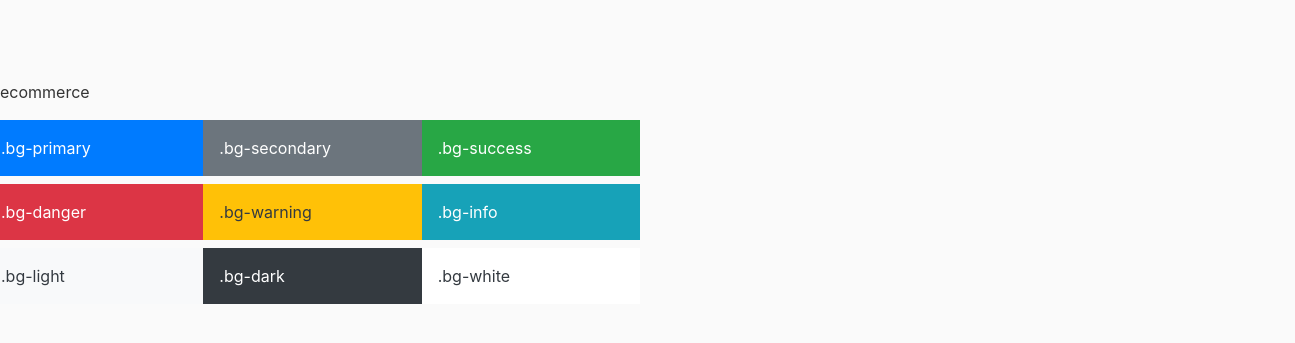
Repository: khanhdk0000/first_proj
Page: http://localhost/about?my_var=ecommerce
The author's editor kept a copy of each file at every save. The page is drawn from the files as they stood at one save, then again after the next save.
The browser window is 1280 px wide. The page is 1295 px wide, then 1280 px, so the pictures cover 1295 px, including what lies to the right of the window. The pictures show the whole page.
Some web libraries are served in a nearby version. The page is served by the project's application, run on Flask 3 (flaskblog.py).

Above is the page before, as saved 2021-05-25 11:42:49.

### templates/about.html
{% extends "layout.html" %} {% block content %}
<div class="center">
<p>{{ var}}</p>
<div class="row">
    <div class="col-2 p-3 mb-2 bg-primary text-white">.bg-primary</div>
    <div class="col-2 p-3 mb-2 bg-secondary text-white">.bg-secondary</div>
    <div class="col-2 p-3 mb-2 bg-success text-white">.bg-success</div>
</div>

<div class="row">
    <div class="col-2 p-3 mb-2 bg-danger text-white">.bg-danger</div>
    <div class="col-2 p-3 mb-2 bg-warning text-dark">.bg-warning</div>
    <div class="col-2 p-3 mb-2 bg-info text-white">.bg-info</div>
</div>

<div class="row">
    <div class="col-2 p-3 mb-2 bg-light text-dark">.bg-light</div>
    <div class="col-2 p-3 mb-2 bg-dark text-white">.bg-dark</div>
    <div class="col-2 p-3 mb-2 bg-white text-dark">.bg-white</div>
</div>

</div>

{% endblock content %}

### templates/layout.html
<!DOCTYPE html>
<html>
  <head>
    <!-- Required meta tags -->
    <meta charset="utf-8" />
    <meta
      name="viewport"
      content="width=device-width, initial-scale=1, shrink-to-fit=no"
    />

    <!-- Bootstrap CSS -->
    <link
      rel="stylesheet"
      href="https://maxcdn.bootstrapcdn.com/bootstrap/4.0.0/css/bootstrap.min.css"
      integrity="sha384-Gn5384xqQ1aoWXA+058RXPxPg6fy4IWvTNh0E263XmFcJlSAwiGgFAW/dAiS6JXm"
      crossorigin="anonymous"
    />

    <link
      rel="stylesheet"
      type="text/css"
      href="{{ url_for('static', filename='main.css') }}"
    />

    {% if title %}
    <title>Flask Blog - {{ title }}</title>
    {% else %}
    <title>Flask Blog</title>
    {% endif %}
  </head>
  <body>
    {% block content %}{% endblock %}

    <!-- Optional JavaScript -->
    <!-- jQuery first, then Popper.js, then Bootstrap JS -->
    <script
      src="https://code.jquery.com/jquery-3.2.1.slim.min.js"
      integrity="sha384-KJ3o2DKtIkvYIK3UENzmM7KCkRr/rE9/Qpg6aAZGJwFDMVNA/GpGFF93hXpG5KkN"
      crossorigin="anonymous"
    ></script>
    <script
      src="https://cdnjs.cloudflare.com/ajax/libs/popper.js/1.12.9/umd/popper.min.js"
      integrity="sha384-ApNbgh9B+Y1QKtv3Rn7W3mgPxhU9K/ScQsAP7hUibX39j7fakFPskvXusvfa0b4Q"
      crossorigin="anonymous"
    ></script>
    <script
      src="https://maxcdn.bootstrapcdn.com/bootstrap/4.0.0/js/bootstrap.min.js"
      integrity="sha384-JZR6Spejh4U02d8jOt6vLEHfe/JQGiRRSQQxSfFWpi1MquVdAyjUar5+76PVCmYl"
      crossorigin="anonymous"
    ></script>
    <!-- MDB -->
    <script
      type="text/javascript"
      src="https://cdnjs.cloudflare.com/ajax/libs/mdb-ui-kit/3.5.0/mdb.min.js"
    ></script>
  </body>
</html>

### flaskblog.py
from flask import Flask, render_template, url_for, request
app = Flask(__name__)


posts = [
    {
        'author': 'Corey Schafer',
        'title': 'Blog Post 1',
        'content': 'First post content',
        'date_posted': 'April 20, 2018'
    },
    {
        'author': 'Jane Doe',
        'title': 'Blog Post 2',
        'content': 'Second post content',
        'date_posted': 'April 21, 2018'
    }
]

@app.route('/')
@app.route('/home')
def hello_world():
    return render_template('home.html', posts=posts, title='Hey')

@app.route('/about')
def about():
    my_var = request.args.get('my_var', None)
    return render_template('about.html', posts=posts, var=my_var)

if __name__ == '__main__':
    app.run(debug=True)

### static/main.css
body {
    background: #fafafa;
    color: #333333;
    margin-top: 5rem;
    height: 100%;
  }

  h1, h2, h3, h4, h5, h6 {
    color: #444444;
  }

  .bg-steel {
    background-color: #5f788a;
  }

  .site-header .navbar-nav .nav-link {
    color: #cbd5db;
  }

  .site-header .navbar-nav .nav-link:hover {
    color: #ffffff;
  }

  .site-header .navbar-nav .nav-link.active {
    font-weight: 500;
  }

  .content-section {
    background: #ffffff;
    padding: 10px 20px;
    border: 1px solid #dddddd;
    border-radius: 3px;
    margin-bottom: 20px;
  }

  .article-title {
    color: #444444;
  }

  a.article-title:hover {
    color: #428bca;
    text-decoration: none;
  }

  .article-content {
    white-space: pre-line;
  }

  .article-img {
    height: 65px;
    width: 65px;
    margin-right: 16px;
  }

  .article-metadata {
    padding-bottom: 1px;
    margin-bottom: 4px;
    border-bottom: 1px solid #e3e3e3
  }

  .article-metadata a:hover {
    color: #333;
    text-decoration: none;
  }

  .article-svg {
    width: 25px;
    height: 25px;
    vertical-align: middle;
  }

  .account-img {
    height: 125px;
    width: 125px;
    margin-right: 20px;
    margin-bottom: 16px;
  }

  .account-heading {
    font-size: 2.5rem;
  }

  .vertical-center {
    min-height: 100%;  /* Fallback for browsers do NOT support vh unit */
    min-height: 100vh; /* These two lines are counted as one :-)       */

    justify-content:center;
    display: flex;
    align-items: center;
  }

  .flex-center {
    display: flex;
    justify-content: center;
  }

After the next save:
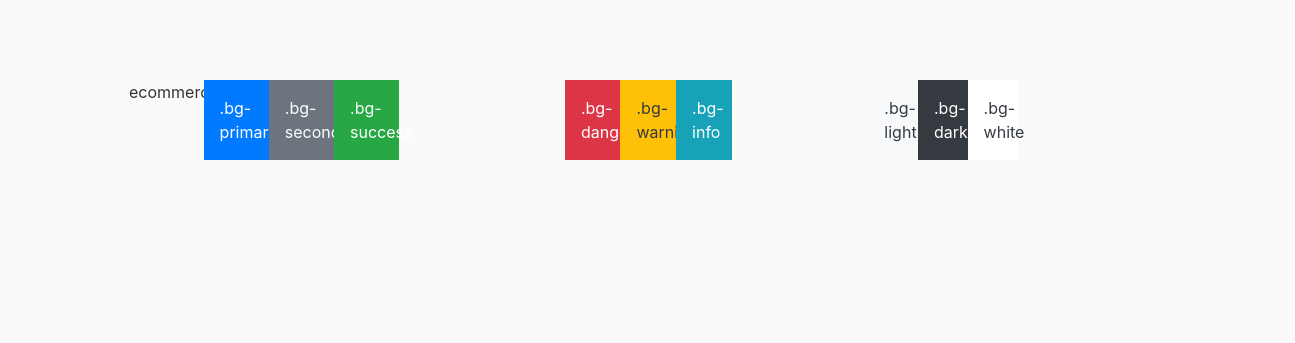
Saved 19 s later.
--- a/templates/about.html
+++ b/templates/about.html
@@ -1,5 +1,5 @@
 {% extends "layout.html" %} {% block content %}
-<div class="center">
+<div class="flex-center">
 <p>{{ var}}</p>
 <div class="row">
     <div class="col-2 p-3 mb-2 bg-primary text-white">.bg-primary</div>
